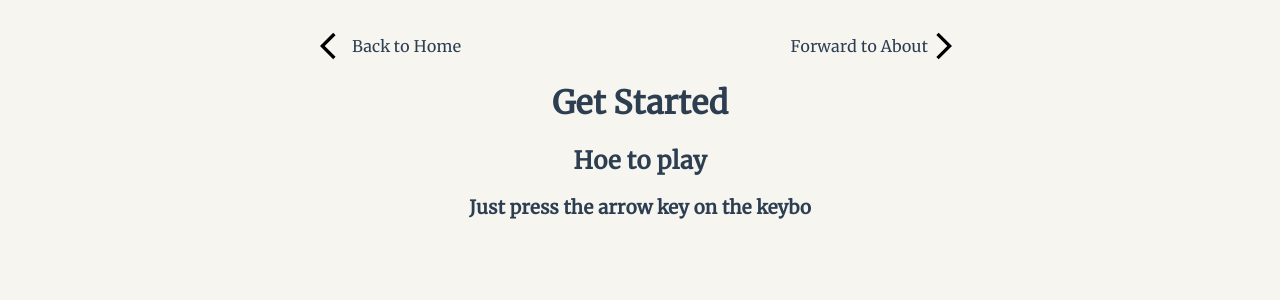
Repository: 321paranoiawhy/2048
Page: /get-started
These files come from the project's save history. The page is drawn as it stood at one moment and after the next save; the edit follows.
The browser window is 1280 px wide. The pictures show the whole page.
The project was rebuilt for these pictures with package versions that can differ from the ones it lists, and the page was loaded fresh each time. Also part of the build but not shown: vue.config.js, src/components/footer.vue.

Above is the page before, as saved 2022-04-29 22:18:53.

### src/App.vue
<template>
    <router-view />
</template>

<style lang="scss">
// 字体
@font-face {
    font-family: Merriweather-Regular;
    src: url(/src/assets/fonts/Merriweather-Regular.ttf);
}
#app {
    font-family: Merriweather-Regular;
    -webkit-font-smoothing: antialiased;
    -moz-osx-font-smoothing: grayscale;
    text-align: center;
    color: #2c3e50;
}
// 网页背景色 https://manuelmoreale.com/
html {
    background-color: #f6f5f0;
    scroll-behavior: smooth;
}
nav {
    padding: 30px;

    a {
        font-weight: bold;
        color: #2c3e50;

        &.router-link-exact-active {
            color: #42b983;
        }
    }
}
</style>

### src/views/GetStartedView.vue
<template>
    <div class="container">
        <div class="back-forward">
            <div>
                <img src="../assets/images/IcBaselineArrowBackIos.svg" alt="" />
                <span>Back to Home</span>
            </div>
            <div>
                <span>Forward to About</span>
                <img
                    src="../assets/images/IcBaselineArrowForwardIos.svg"
                    alt=""
                />
            </div>
        </div>
        <h1>Get Started</h1>
        <h2>Hoe to play</h2>
        <h3>Just press the arrow key on the keybo</h3>
    </div>
</template>

<style lang="scss" scoped>
$width-height: 32px;
div .container {
    width: calc(50vw);
    margin: 30px auto;
}
div .back-forward {
    display: flex;
    justify-content: space-between;
    align-items: center;
    & div {
        display: flex;
        justify-content: center;
        align-items: center;
    }
}
</style>

Loaded but not shown: public/index.html (common file); src/main.js (common file); src/store/index.js (common file); src/router/index.js (41 lines, source omitted); src/views/HomeView.vue (1184 lines, source omitted)

After the next save:
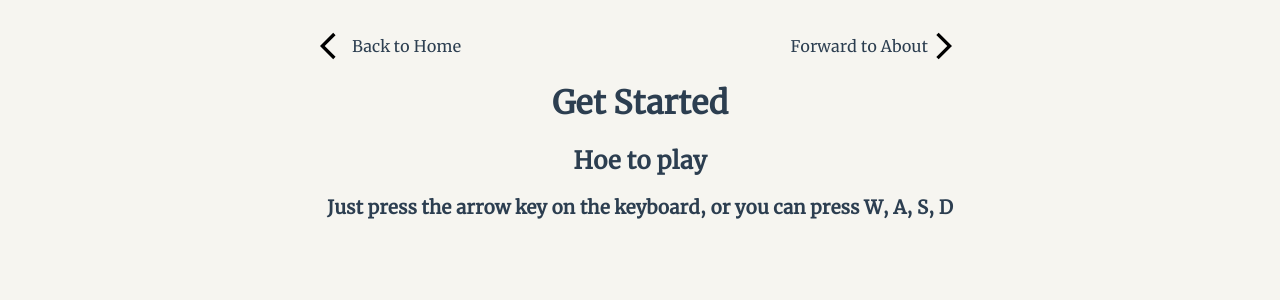
Saved 31 s later.
--- a/src/views/GetStartedView.vue
+++ b/src/views/GetStartedView.vue
@@ -15,7 +15,10 @@
         </div>
         <h1>Get Started</h1>
         <h2>Hoe to play</h2>
-        <h3>Just press the arrow key on the keybo</h3>
+        <h3>
+            Just press the arrow key on the keyboard, or you can press W, A, S,
+            D
+        </h3>
     </div>
 </template>
 
